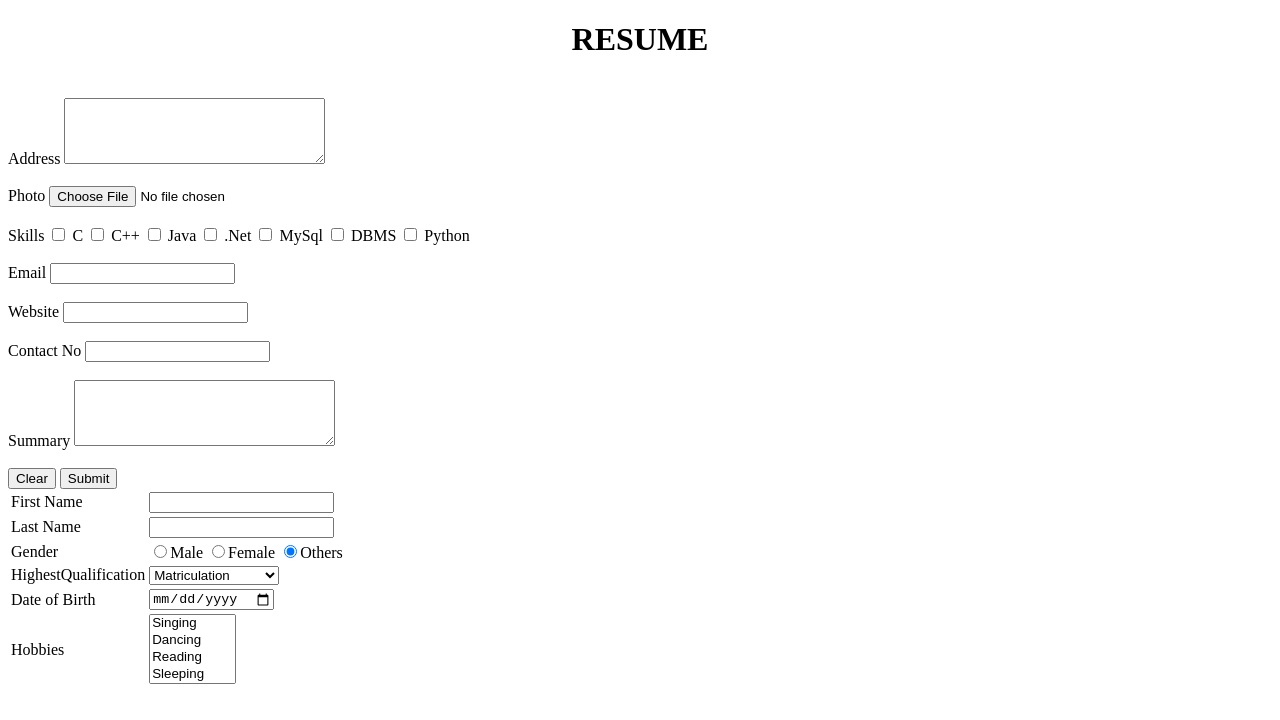
Repository: Rccalfa123/JEE
Page: MyFirstServlet/WebContent/Resume.html
The author's editor kept a copy of each file at every save. The page is drawn from the files as they stood at one save, then again after the next save.
The browser window is 1280 px wide. The pictures show the whole page.

Above is the page before, as saved 2018-08-07 08:50:53.

After the next save:
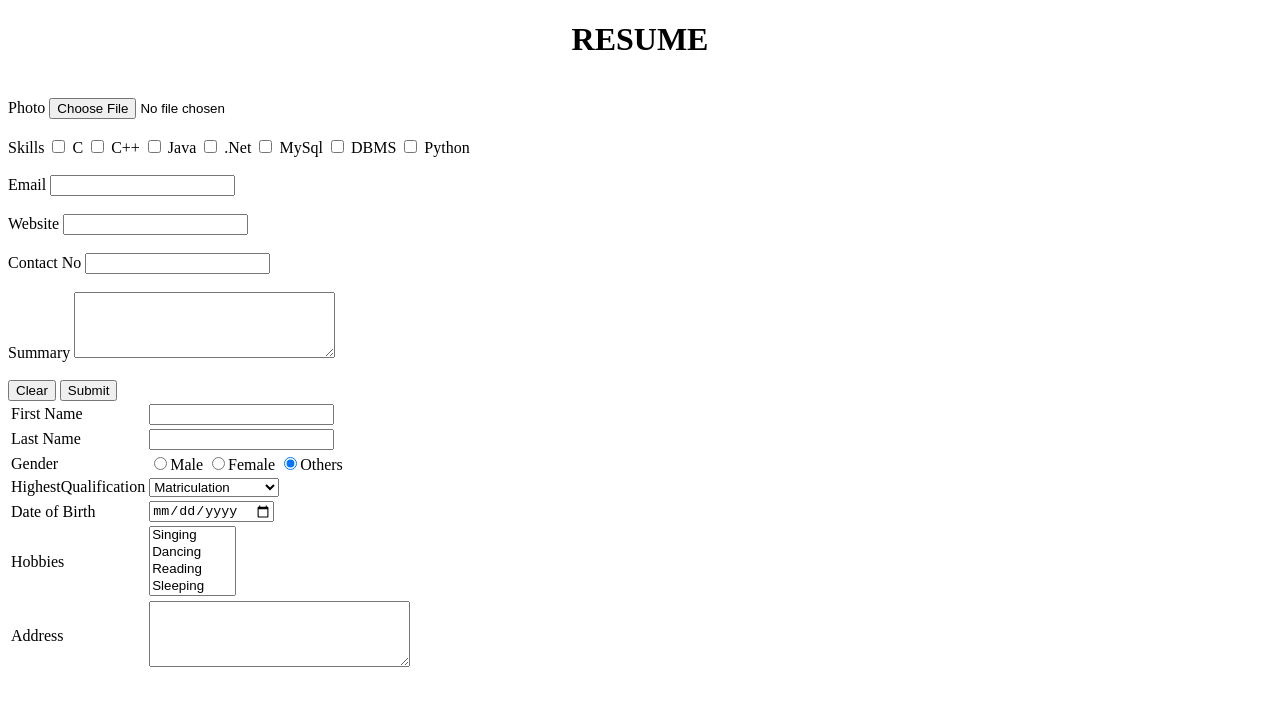
Saved 30 s later.
--- a/MyFirstServlet/WebContent/Resume.html
+++ b/MyFirstServlet/WebContent/Resume.html
@@ -34,7 +34,7 @@
             <option value="video_games">Video Games</option>
    			</select><br></td></tr>
 
-   Address <textarea name="address"   rows="4" cols="30"></textarea><br><br>
+   <tr><td>Address</td><td> <textarea name="address"   rows="4" cols="30"></textarea><br></td></tr>
 
    Photo	<input type="file"  name="photo">	<br><br>
 
